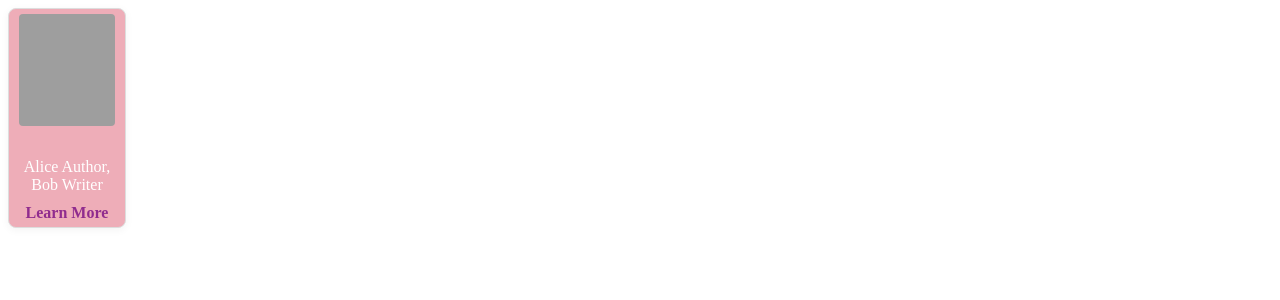
Repository: Micaelavalmores/BookCatalog
Page: /
The author's editor kept a copy of each file at every save. The page is drawn from the files as they stood at one save, then again after the next save.
The browser window is 1280 px wide. The pictures show the whole page.
Pictures or frames that could not be fetched are drawn as grey boxes. The project was rebuilt for these pictures with package versions that can differ from the ones it lists, and the page was loaded fresh each time. Also part of the build but not shown: vite.config.js, src/index.css.

Above is the page before, as saved 2025-09-16 22:51:56.

After the next save:
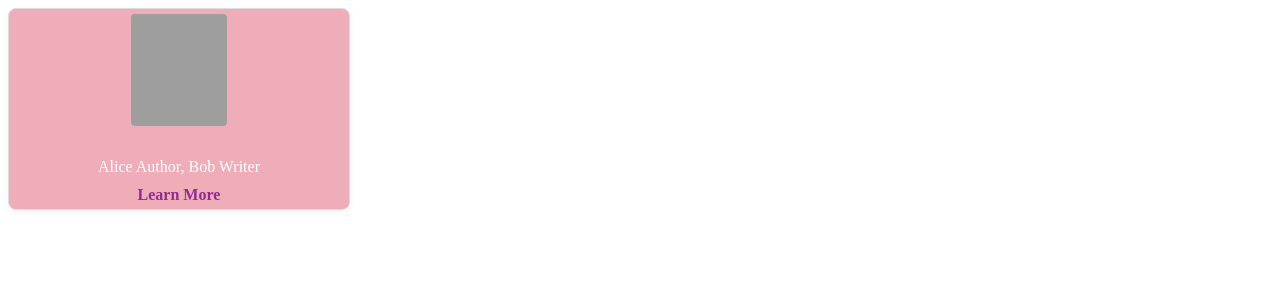
Saved 15 s later.
--- a/src/assets/book.css
+++ b/src/assets/book.css
@@ -1,5 +1,5 @@
 .book-container {
-    max-width: 6em;
+    max-width: 20em;
     border: 1px solid #ddd;
     border-radius: 8px;
     padding: 5px 10px;
